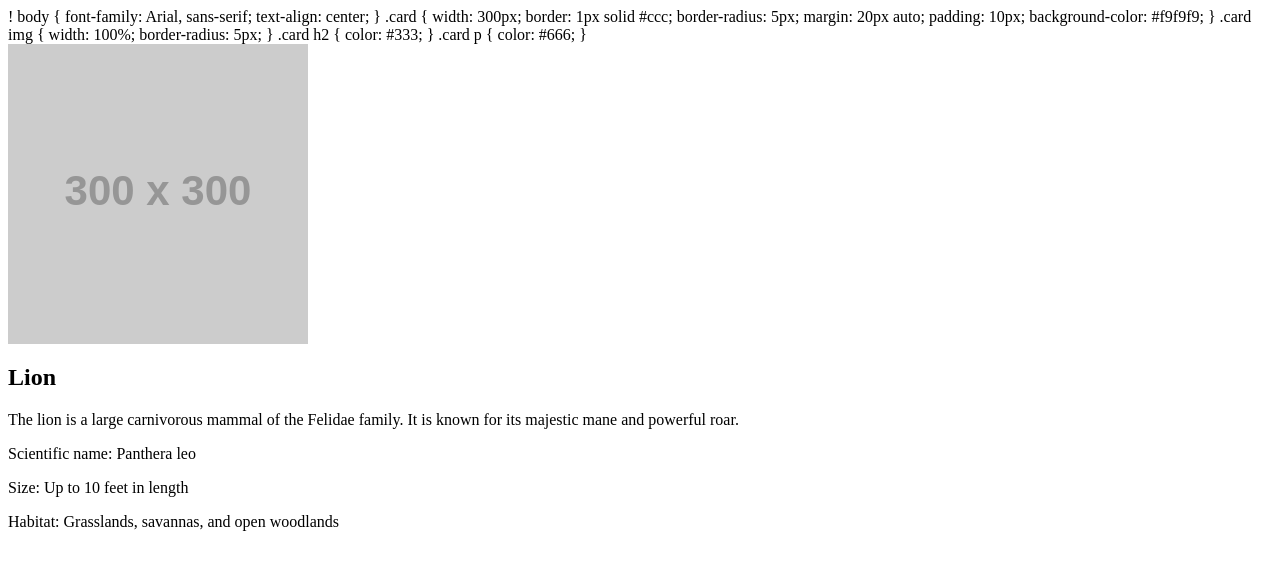
Repository: KingBoyMaylow/Animal-trading-card
Page: index.html
The author's editor kept a copy of each file at every save. The page is drawn from the files as they stood at one save, then again after the next save.
The browser window is 1280 px wide. The pictures show the whole page.

Above is the page before, as saved 2024-05-13 21:25:39.

### index.html
!
    body {
        font-family: Arial, sans-serif;
        text-align: center;
    }
    .card {
        width: 300px;
        border: 1px solid #ccc;
        border-radius: 5px;
        margin: 20px auto;
        padding: 10px;
        background-color: #f9f9f9;
    }
    .card img {
        width: 100%;
        border-radius: 5px;
    }
    .card h2 {
        color: #333;
    }
    .card p {
        color: #666;
    }
</style>
</head>
<body>
    <div class="card">
        <img src="https://via.placeholder.com/300" alt="Lion">
        <h2>Lion</h2>
        <p>The lion is a large carnivorous mammal of the Felidae family. It is known for its majestic mane and powerful roar.</p>
        <p>Scientific name: Panthera leo</p>
        <p>Size: Up to 10 feet in length</p>
        <p>Habitat: Grasslands, savannas, and open woodlands</p>
    </div>
</body>
</html>

After the next save:
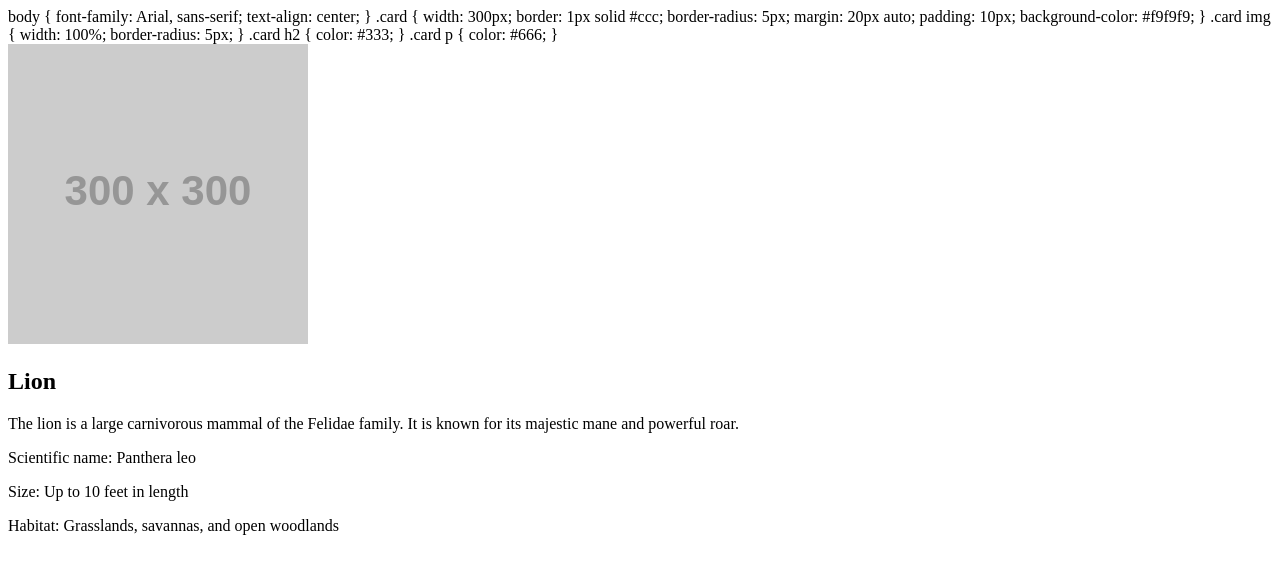
Saved 4 s later.
--- a/index.html
+++ b/index.html
@@ -1,4 +1,14 @@
-!
+<!DOCTYPE html>
+<html lang="en">
+<head>
+    <meta charset="UTF-8">
+    <meta name="viewport" content="width=device-width, initial-scale=1.0">
+    <title>Document</title>
+</head>
+<body>
+
+</body>
+</html>
     body {
         font-family: Arial, sans-serif;
         text-align: center;
